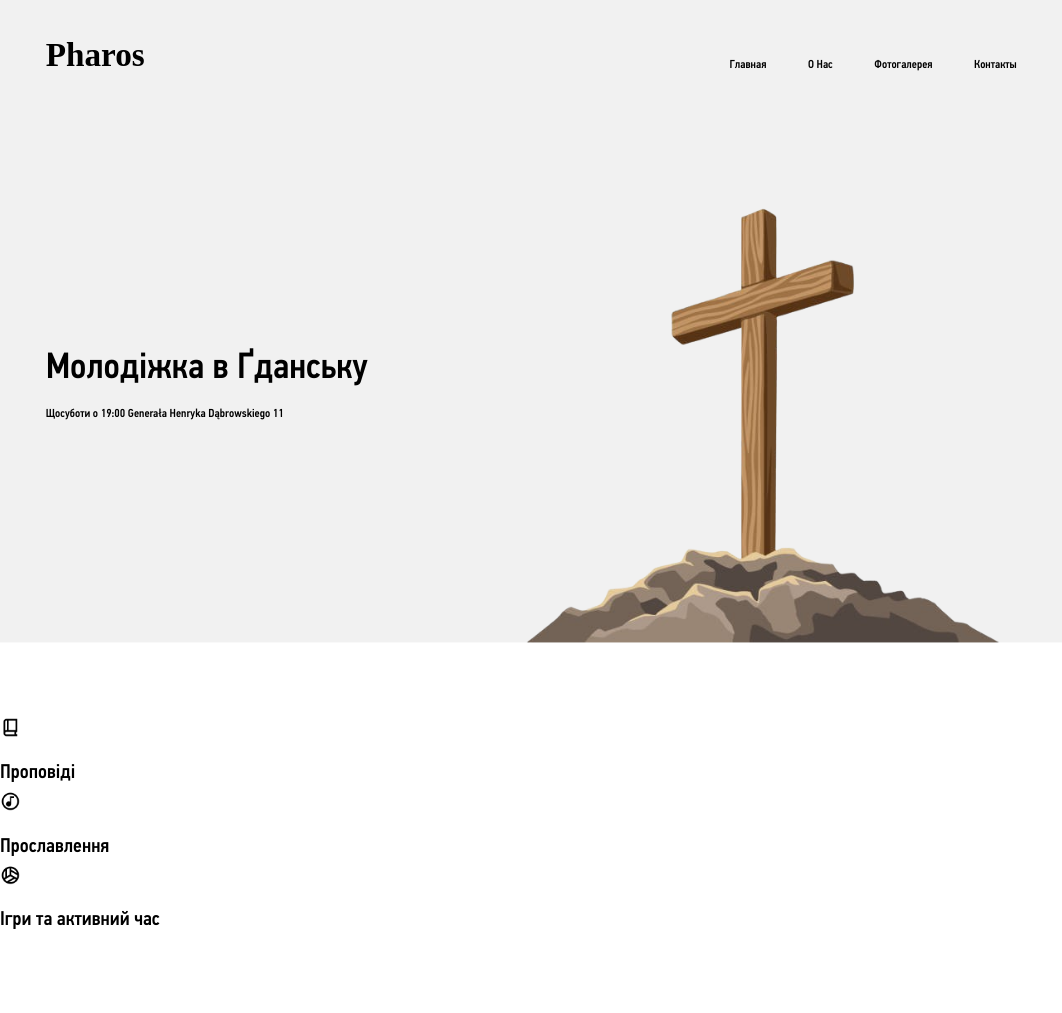
Repository: Bohdan-Sandovenko/youth-project
Page: index.html
These files come from the project's save history. The page is drawn as it stood at one moment and after the next save; the edit follows.
The browser window is 1280 px wide. The pictures show the whole page, at 83% of full size.
Some web fonts or font styles are not loaded; a fallback is used. The style sheet was rebuilt from its Sass, Less or Tailwind sources for each picture, by a compiler version that may differ from the author's.

Above is the page before, as saved 2024-09-11 09:31:25.

### index.html
<!DOCTYPE html>
<html lang="en">
<head>
    <meta charset="UTF-8">
    <meta name="viewport" content="width=device-width, initial-scale=1.0">
    <title>Pharos - Christian youth</title>
    <link rel="stylesheet" href="css/style.css">
    <link rel="stylesheet" href="css/media.css">
</head>
<body>
    <header class="header">
        <div class="container">
            <!--Header nav-->
            <div class="header-nav">
                <a href="#!" class="logo">Pharos</a>
                <nav class="nav">
                    <ul class="nav-list">
                        <li class="nav-item"><a href="" class="nav-link">Главная</a></li>
                        <li class="nav-item"><a href="" class="nav-link">О Нас</a></li>
                        <li class="nav-item"><a href="" class="nav-link">Фотогалерея</a></li>
                        <li class="nav-item"><a href="" class="nav-link">Контакты</a></li>
                    </ul>
                </nav>
            </div>
            <!--header content-->
            <div class="header-row">
                <div class="header-content">
                    <h1 class="header-heading">Молодіжка в Ґданську</h1>
                    <p>Щосуботи о 19:00 Generała Henryka Dąbrowskiego 11</p>
                </div>
                <div class="header-img">
                    <img src="./img/cross-chrisitian.png" alt="">
                </div>
            </div>
        </div>
    </header>
    <section class="services">
        <div class="container">
            <div class="services-row">
                <div class="service-card">
                    <img class='service-card-img'src="./img/icons/bible.png" alt="">
                    <h3 class="service-card-title">Проповіді</h3>
                </div>

                <div class="service-card">
                    <img class='service-card-img' src="./img/icons/sing-song.png" alt="">
                    <h3 class="service-card-title">Прославлення</h3>
                </div>

                <div class="service-card">
                    <img class='service-card-img' src="./img/icons/active-games.png" alt="">
                    <h3 class="service-card-title">Ігри та активний час</h3>
                </div>
            </div>
        </div>
    </section>
    <script src="./js/main.js"></script>
</body>
</html>

### css/style.scss
@import "nullstyles.scss";

@font-face {
    font-family: 'Poppins';
    src: url('../fonts/Poppins/PFDinTextCondPro-Medium.woff2') format('woff2');
    font-weight: 900;
    font-style: bold;
    font-display: swap;
}

@font-face {
    font-family: 'Permanent Marker';
    src: url('../fonts/Permanent/PermanentMarker-Regular.woff2') format('woff2');
    font-weight: normal;
    font-style: normal;
    font-display: swap;
}

body {
    color: black;
    font-family: 'Poppins', sans-serif;

    .header {
        padding: 46px 0px 0px 0px;
        background-color: #F1F1F1;

        .container {
            max-width: 1230px;
            padding: 0 30px;
            margin: 0 auto;

            .header-nav {
                display: flex;
                justify-content: space-between;
                align-items: flex-end;
                margin-bottom: 76px;

                .logo {
                    font-family: 'Permanent Marker';
                    font-weight: 700;
                    font-size: 40px;
                    color: black;
                }

                .nav-list {
                    display: flex;
                    column-gap: 50px; //оступы между элементами
                    font-size: 14px;

                    .nav-item {
                        .nav-link {
                            color: black;

                            &:hover {
                                color: #606060;
                            }
                        }
                    }
                }
            }

            .header-row {
                display: flex;
                justify-content: space-between;
                column-gap: 30px;

                .header-content {
                    max-width: 500px;
                    align-self: center;

                    .header-heading {
                        font-weight: 600;
                        margin-bottom: 20px;
                        font-size: 44px;
                    }

                    p {
                        line-height: 2;
                    }
                }
            }
        }
    }

    //Service
    .services {
        padding: 90px 0px;

        .container {
            .services-row {
                .service-card {
                    .service-card-img {
                        height: 25px;
                        width: 25px;
                        margin-bottom: 30px;
                    }

                    .service-card-title {
                        font-weight: 600;
                        font-size: 24px;
                        margin-bottom: 10px;
                    }
                }
            }
        }
    }
}

### css/nullstyles.scss
* {
    padding: 0;
    margin: 0;
    border: 0;
}


*,
*:before,
*:after {
    -webkit-box-sizing: border-box;
    -moz-box-sizing: border-box;
    box-sizing: border-box;
}


:focus,
:active {
    outline: none;
}

a:focus,
a:active {
    outline: none;
}


nav,
footer,
header,
aside {
    display: block;
}


html,
body {
    height: 100%;
    width: 100%;
    font-size: 100%;
    line-height: 1;
    font-size: 14px;
    -ms-text-size-adjust: 100%;
    -moz-text-size-adjust: 100%;
    -webkit-text-size-adjust: 100%;
}


input,
button,
textarea {
    font-family: inherit;
}


input::-ms-clear {
    display: none;
}

button {
    cursor: pointer;
}

button::-moz-focus-inner {
    padding: 0;
    border: 0;
}

a,
a:visited {
    text-decoration: none;
}

a:hover {
    text-decoration: none;
}

ul li {
    list-style: none;
}

img {
    vertical-align: top;
}

h1,
h2,
h3,
h4,
h5,
h6 {
    font-size: inherit;
    font-weight: 400;
}

Loaded but not shown: js/main.js (no stored copy; drawn as an empty file); css/media.scss (no stored copy; drawn as an empty file)

After the next save:
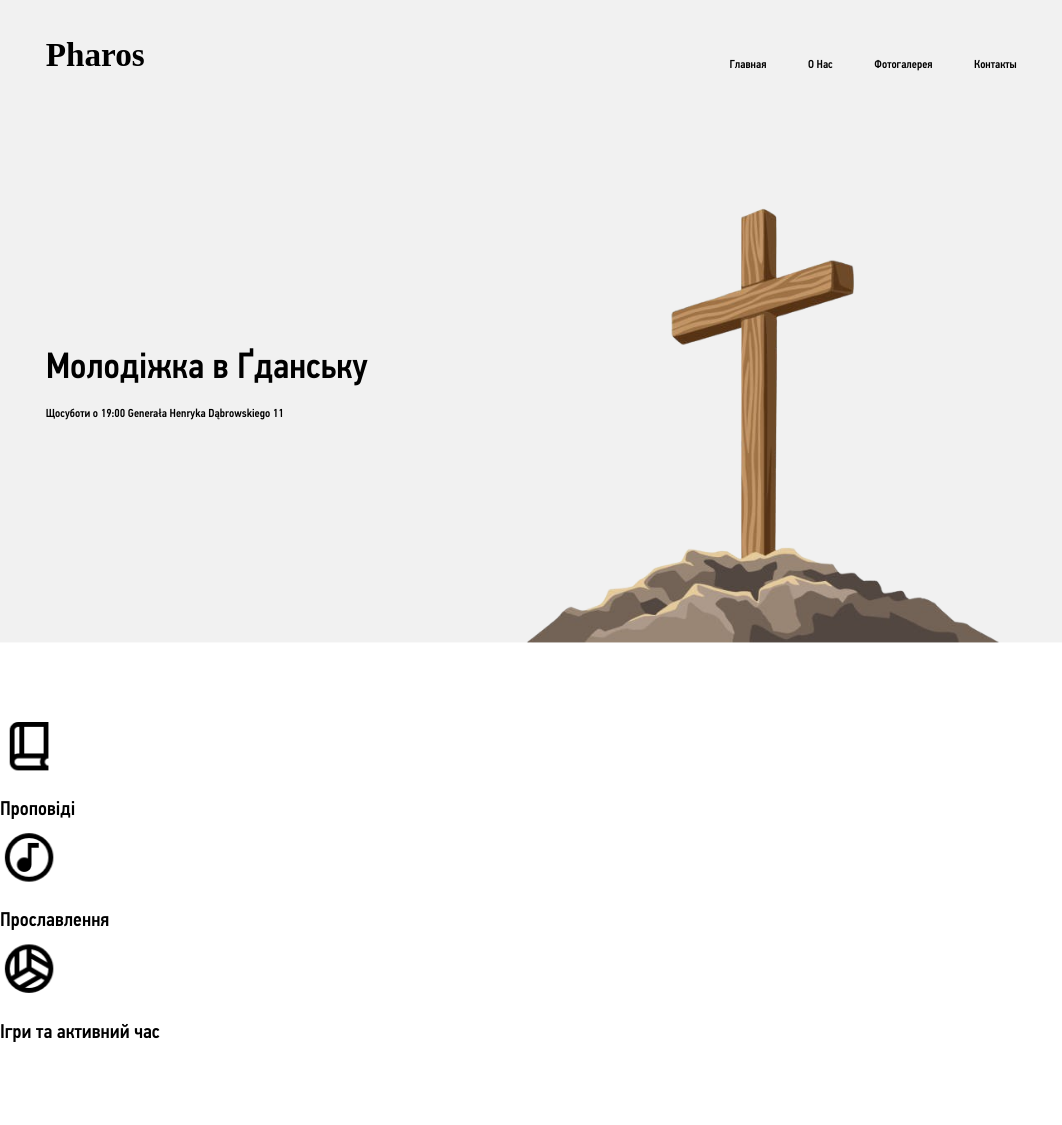
Saved 14 s later.
--- a/css/style.scss
+++ b/css/style.scss
@@ -90,8 +90,8 @@ body {
             .services-row {
                 .service-card {
                     .service-card-img {
-                        height: 25px;
-                        width: 25px;
+                        height: 70px;
+                        width: 70px;
                         margin-bottom: 30px;
                     }
 
